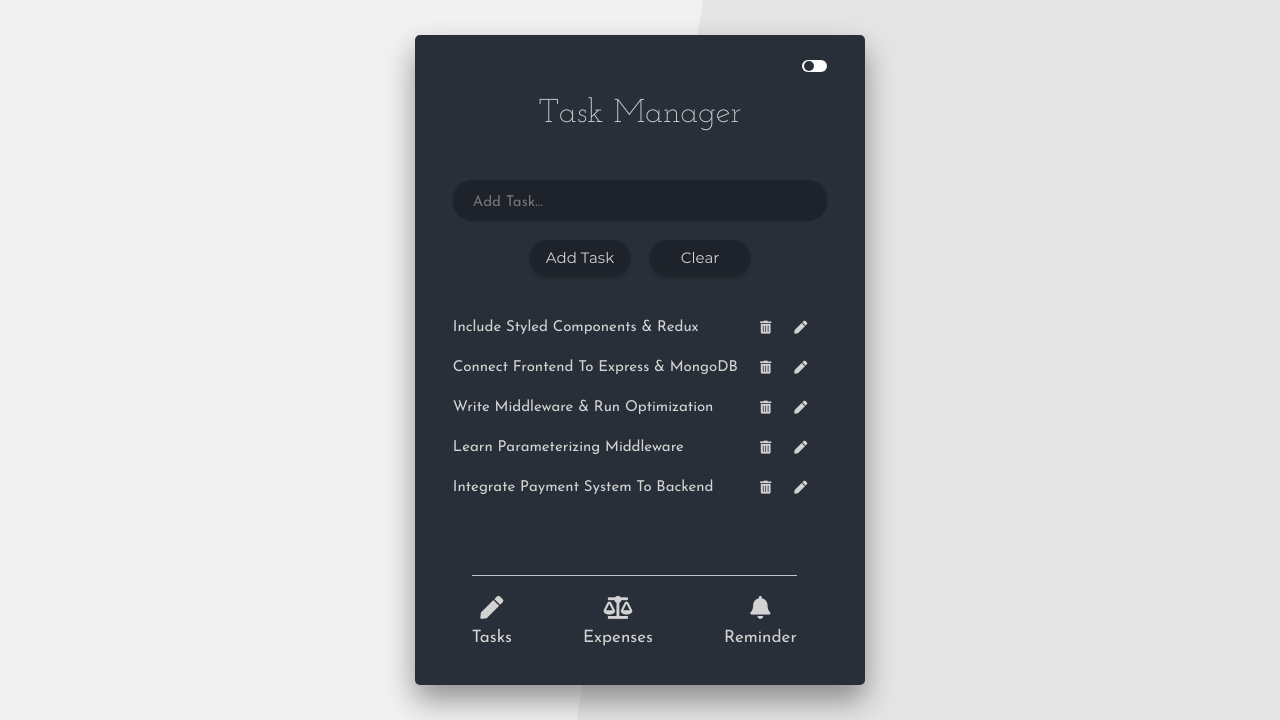
Repository: Kol124/react-task-manager
Page: /
An editor plug-in stored every save of this project. The page is shown before and after the next save, followed by the edit.
The browser window is 1280 px wide. The pictures show the whole page.
The project was rebuilt for these pictures with package versions that can differ from the ones it lists, and the page was loaded fresh each time. Also part of the build but not shown: src/components/Expenses/Expenses.js, src/components/Reminder/Reminder.js.

Above is the page before, as saved 2021-06-25 14:02:54.

### public/index.html
<!DOCTYPE html>
<html lang="en">
  <head>
    <meta charset="utf-8" />
    <link rel="icon" href="%PUBLIC_URL%/favicon.ico" />
    <meta name="viewport" content="width=device-width, initial-scale=1" />
    <meta name="theme-color" content="#000000" />
    <meta
      name="description"
      content="Web site created using create-react-app"
    />
    <link rel="apple-touch-icon" href="%PUBLIC_URL%/logo192.png" />
    <!--
      manifest.json provides metadata used when your web app is installed on a
      user's mobile device or desktop. See https://developers.google.com/web/fundamentals/web-app-manifest/
    -->
    <link rel="manifest" href="%PUBLIC_URL%/manifest.json" />
    <!--
      Notice the use of %PUBLIC_URL% in the tags above.
      It will be replaced with the URL of the `public` folder during the build.
      Only files inside the `public` folder can be referenced from the HTML.

      Unlike "/favicon.ico" or "favicon.ico", "%PUBLIC_URL%/favicon.ico" will
      work correctly both with client-side routing and a non-root public URL.
      Learn how to configure a non-root public URL by running `npm run build`.
    -->
    <link rel="stylesheet" href="all.min.css" />
    <title>React App</title>
  </head>
  <body>
    <noscript>You need to enable JavaScript to run this app.</noscript>
    <div id="root"></div>
    <!--
      This HTML file is a template.
      If you open it directly in the browser, you will see an empty page.

      You can add webfonts, meta tags, or analytics to this file.
      The build step will place the bundled scripts into the <body> tag.

      To begin the development, run `npm start` or `yarn start`.
      To create a production bundle, use `npm run build` or `yarn build`.
    -->
  </body>
</html>

### src/App.js
import "./App.css";
import React from "react";
import TaskContextProvider from "./context/TaskContext";
import ThemeContextProvider from "./context/ThemeContext";
import Main from "./components/Main";

function App() {
  return (
    <ThemeContextProvider>
      <TaskContextProvider>
        <div className="container">
          <Main />
        </div>
      </TaskContextProvider>
    </ThemeContextProvider>
  );
}

export default App;

### src/App.css
@import url("fonts.css");

* {
  margin: 0;
  padding: 0;
  box-sizing: inherit;
}

html {
  box-sizing: border-box;
  font-size: 62.5%;
}

.container {
  width: 100%;
  height: 100vh;
  display: flex;
  align-items: center;
  justify-content: center;
  background: linear-gradient(100deg, #f1f1f1 50%, #e5e5e5 0);
}

.app-wrapper {
  padding: 2.5rem 2.8rem;
  position: relative;
  width: 45rem;
  height: 65rem;
  border-radius: 5px;
  box-shadow: 0 15px 30px rgba(0, 0, 0, 0.4);
}

.header .main-header {
  font-family: "Josefin Slab", serif;
  text-align: center;
  font-size: 3.3rem;
  font-weight: 300;
  margin: 2.5rem 2rem 5rem 2rem;
}

/* THEME TOGGLE BUTTON */
#toggle-btn {
  position: relative;
  width: 25px;
  height: 12px;
  border-radius: 40px;
  margin: 0 1rem 0 auto;
}

input[type="checkbox"] {
  width: 100%;
  height: 100%;
  position: absolute;
  cursor: pointer;
  margin: 0px;
  opacity: 0;
  z-index: 2;
}

#toggle-btn span {
  background-color: #fff;
  position: absolute;
  top: 0px;
  right: 0px;
  bottom: 0px;
  left: 0px;
  opacity: 1;
  overflow: hidden;
  border-radius: 20px;
  transition: 0.2s ease background-color, 0.2s ease opacity;
}

#toggle-btn:hover {
  box-shadow: 0px 2px 25px #d9d9d9;
}

#toggle-btn span:before,
#toggle-btn span:after {
  content: "";
  position: absolute;
  top: 1px;
  width: 10px;
  height: 10px;
  border-radius: 50%;
  transition: 0.5s ease transform, 0.2s ease background-color;
}

#toggle-btn span:after {
  background-color: #292f38;
  transform: translate(2px, 0px);
  z-index: 0;
}

#toggle-btn input[type="checkbox"]:checked + span {
  background-color: #1d222b;
}

#toggle-btn input[type="checkbox"]:checked + span:after {
  background-color: #d4d4d4;
  transform: translate(13px, 0px);
}
/* THEME TOGGLE BUTTON COMPLETED */

.main {
  display: flex;
  flex-direction: column;
  align-items: space-between;
  margin-bottom: 3.5rem;
  width: 100%;
}

.form {
  display: flex;
  align-items: center;
  margin-bottom: 1.5rem;
  flex-direction: column;
  justify-content: center;
}

.task-input {
  font-family: "Josefin Sans", serif;
  padding: 1.5rem 1rem 1rem 2rem;
  margin: 0 auto 1rem auto;
  color: #ccc;
  width: 95%;
  outline: none;
  font-size: 1.5rem;
  border-radius: 20px;
  box-shadow: 0 1px 2px rgba(0, 0, 0, 0.3);
}

.buttons {
  display: flex;
}

.btn {
  font-family: "Montserrat", sans-serif;
  border-radius: 2rem;
  font-size: 1.5rem;
  height: 3.5rem;
  width: 10rem;
  border: none;
  margin: 1rem;
  outline: none;
  cursor: pointer;
  box-shadow: 0 2px 5px rgba(0, 0, 0, 0.3);
}

.list {
  width: 95%;
  margin: 0 auto;
  max-height: 28rem;
  overflow: hidden;
  overflow-y: auto;
}

/* width */
::-webkit-scrollbar {
  width: 6px;
}

/* Track */
::-webkit-scrollbar-track {
  border-radius: 10px;
  background-color: #d3d3d3;
}

/* Handle */
::-webkit-scrollbar-thumb {
  background: #1c1f24;
  border-radius: 10px;
}

.list-item {
  display: flex;
  margin: 2rem 0;
  padding-bottom: 0.5rem;
  justify-content: space-between;
}

.list-item span {
  font-family: "Josefin Sans", sans-serif;
  /* color: #bbb; */
  font-size: 1.5rem;
  text-transform: capitalize;
}

.task-btn {
  font-size: 1.3rem;
  cursor: pointer;
  border: none;
  outline: none;
  margin-right: 2rem;
  background-color: transparent;
}

.no-tasks {
  text-align: center;
  font-family: "Montserrat", sans-serif;
  margin-top: 2.5rem;
  font-size: 2rem;
}

footer {
  position: absolute;
  width: 85%;
  bottom: 6%;
}

footer .nav {
  display: flex;
  align-items: center;
  justify-content: space-between;
  border-top: 1px solid #c5c5c5;
  padding-top: 2rem;
  list-style: none;
  margin: 0 auto;
  width: 85%;
}

.nav li {
  font-family: "Josefin Sans", sans-serif;
  text-align: center;
}

.nav li a {
  text-decoration: none;
}

.nav li i {
  font-size: 2.3rem;
  transition: all ease 0.3s;
}

.nav li i:hover {
  color: #182741;
}

.nav li p {
  text-decoration: none;
  font-size: 1.7rem;
  color: initial;
  margin-top: 1rem;
}

@media only screen and (max-width: 450px) {
  html {
    font-size: 50%;
  }
}

### src/context/TaskContext.js
import React, { createContext, useState, useReducer, useEffect } from "react";
import TaskReducer from "../reducer/TaskReducer";

export const TaskContext = createContext();

export default function TaskContextProvider(props) {
  const [tasks, dispatch] = useReducer(TaskReducer, [
    { title: "Include styled components & redux", id: 1 },
    { title: "Connect frontend to express & mongoDB", id: 2 },
    { title: "Write middleware & run optimization", id: 3 },
    { title: "Learn parameterizing middleware", id: 4 },
    { title: "Integrate payment system to backend", id: 5 },
  ]);
  const [editItem, setEditItem] = useState(null);

  const findItem = (id) => {
    const item = tasks.find((task) => task.id === id);
    setEditItem(item);
  };

  useEffect(() => {
    console.log(tasks);
  });

  return (
    <TaskContext.Provider
      value={{ tasks, editItem, setEditItem, findItem, dispatch }}
    >
      {props.children}
    </TaskContext.Provider>
  );
}

### src/context/ThemeContext.js
import React, { Component, createContext } from "react";

export const ThemeContext = createContext();

export default class ThemeContextProvider extends Component {
  state = {
    isLightTheme: false,
    light: {
      font: "#292f38",
      accent: "#e5e5e5",
      icon: "#d3d3d3",
      bg: "#f1f1f1",
    },
    dark: {
      font: "#d3d3d3",
      accent: "#1d222b",
      icon: "#1c1f24",
      bg: "#292f38",
    },
  };

  toggleTheme = () => {
    this.setState({ isLightTheme: !this.state.isLightTheme });
  };

  render() {
    return (
      <div>
        <ThemeContext.Provider
          value={{ ...this.state, toggleTheme: this.toggleTheme }}
        >
          {this.props.children}
        </ThemeContext.Provider>
      </div>
    );
  }
}

### src/components/Main.js
import React, { useContext } from "react";
import { BrowserRouter as Router, Switch, Route } from "react-router-dom";
import { ThemeContext } from "../context/ThemeContext";
import Header from "./Header";
import TaskForm from "./task/TaskForm";
import TaskList from "./task/TaskList";
import Expenses from "./expenses/Expenses";
import Reminder from "./reminder/Reminder";
import Footer from "./Footer";

export default function Main() {
  const { isLightTheme, dark, light } = useContext(ThemeContext);
  const theme = isLightTheme ? light : dark;

  return (
    <Router>
      <div>
        <div
          className="app-wrapper"
          style={{ background: theme.bg, color: theme.font }}
        >
          <Header />
          <Switch>
            <Route exact path="/">
              <div className="main">
                <TaskForm />
                <TaskList />
              </div>
            </Route>

            <Route path="/expenses">
              <Expenses />
            </Route>

            <Route path="/reminder">
              <Reminder />
            </Route>
          </Switch>
          <Footer />
        </div>
      </div>
    </Router>
  );
}

### src/fonts.css
/* josefin-sans-300 - latin */
@font-face {
  font-family: "Josefin Sans";
  font-style: normal;
  font-weight: 300;
  src: url("./fonts/josefin-sans-v17-latin-300.eot"); /* IE9 Compat Modes */
  src: local(""),
    url("./fonts/josefin-sans-v17-latin-300.eot?#iefix")
      format("embedded-opentype"),
    /* IE6-IE8 */ url("./fonts/josefin-sans-v17-latin-300.woff2")
      format("woff2"),
    /* Super Modern Browsers */ url("./fonts/josefin-sans-v17-latin-300.woff")
      format("woff"),
    /* Modern Browsers */ url("./fonts/josefin-sans-v17-latin-300.ttf")
      format("truetype"),
    /* Safari, Android, iOS */
      url("./fonts/josefin-sans-v17-latin-300.svg#JosefinSans") format("svg"); /* Legacy iOS */
}
/* josefin-sans-regular - latin */
@font-face {
  font-family: "Josefin Sans";
  font-style: normal;
  font-weight: 400;
  src: url("./fonts/josefin-sans-v17-latin-regular.eot"); /* IE9 Compat Modes */
  src: local(""),
    url("./fonts/josefin-sans-v17-latin-regular.eot?#iefix")
      format("embedded-opentype"),
    /* IE6-IE8 */ url("./fonts/josefin-sans-v17-latin-regular.woff2")
      format("woff2"),
    /* Super Modern Browsers */
      url("./fonts/josefin-sans-v17-latin-regular.woff") format("woff"),
    /* Modern Browsers */ url("./fonts/josefin-sans-v17-latin-regular.ttf")
      format("truetype"),
    /* Safari, Android, iOS */
      url("./fonts/josefin-sans-v17-latin-regular.svg#JosefinSans")
      format("svg"); /* Legacy iOS */
}
/* josefin-sans-600 - latin */
@font-face {
  font-family: "Josefin Sans";
  font-style: normal;
  font-weight: 600;
  src: url("./fonts/josefin-sans-v17-latin-600.eot"); /* IE9 Compat Modes */
  src: local(""),
    url("./fonts/josefin-sans-v17-latin-600.eot?#iefix")
      format("embedded-opentype"),
    /* IE6-IE8 */ url("./fonts/josefin-sans-v17-latin-600.woff2")
      format("woff2"),
    /* Super Modern Browsers */ url("./fonts/josefin-sans-v17-latin-600.woff")
      format("woff"),
    /* Modern Browsers */ url("./fonts/josefin-sans-v17-latin-600.ttf")
      format("truetype"),
    /* Safari, Android, iOS */
      url("./fonts/josefin-sans-v17-latin-600.svg#JosefinSans") format("svg"); /* Legacy iOS */
}
/* josefin-sans-700 - latin */
@font-face {
  font-family: "Josefin Sans";
  font-style: normal;
  font-weight: 700;
  src: url("./fonts/josefin-sans-v17-latin-700.eot"); /* IE9 Compat Modes */
  src: local(""),
    url("./fonts/josefin-sans-v17-latin-700.eot?#iefix")
      format("embedded-opentype"),
    /* IE6-IE8 */ url("./fonts/josefin-sans-v17-latin-700.woff2")
      format("woff2"),
    /* Super Modern Browsers */ url("./fonts/josefin-sans-v17-latin-700.woff")
      format("woff"),
    /* Modern Browsers */ url("./fonts/josefin-sans-v17-latin-700.ttf")
      format("truetype"),
    /* Safari, Android, iOS */
      url("./fonts/josefin-sans-v17-latin-700.svg#JosefinSans") format("svg"); /* Legacy iOS */
}

/* josefin-slab-300 - latin */
@font-face {
  font-family: "Josefin Slab";
  font-style: normal;
  font-weight: 300;
  src: url("./fonts/josefin-slab-v13-latin-300.eot"); /* IE9 Compat Modes */
  src: local(""),
    url("./fonts/josefin-slab-v13-latin-300.eot?#iefix")
      format("embedded-opentype"),
    /* IE6-IE8 */ url("./fonts/josefin-slab-v13-latin-300.woff2")
      format("woff2"),
    /* Super Modern Browsers */ url("./fonts/josefin-slab-v13-latin-300.woff")
      format("woff"),
    /* Modern Browsers */ url("./fonts/josefin-slab-v13-latin-300.ttf")
      format("truetype"),
    /* Safari, Android, iOS */
      url("./fonts/josefin-slab-v13-latin-300.svg#JosefinSlab") format("svg"); /* Legacy iOS */
}
/* josefin-slab-regular - latin */
@font-face {
  font-family: "Josefin Slab";
  font-style: normal;
  font-weight: 400;
  src: url("./fonts/josefin-slab-v13-latin-regular.eot"); /* IE9 Compat Modes */
  src: local(""),
    url("./fonts/josefin-slab-v13-latin-regular.eot?#iefix")
      format("embedded-opentype"),
    /* IE6-IE8 */ url("./fonts/josefin-slab-v13-latin-regular.woff2")
      format("woff2"),
    /* Super Modern Browsers */
      url("./fonts/josefin-slab-v13-latin-regular.woff") format("woff"),
    /* Modern Browsers */ url("./fonts/josefin-slab-v13-latin-regular.ttf")
      format("truetype"),
    /* Safari, Android, iOS */
      url("./fonts/josefin-slab-v13-latin-regular.svg#JosefinSlab")
      format("svg"); /* Legacy iOS */
}
/* josefin-slab-600 - latin */
@font-face {
  font-family: "Josefin Slab";
  font-style: normal;
  font-weight: 600;
  src: url("./fonts/josefin-slab-v13-latin-600.eot"); /* IE9 Compat Modes */
  src: local(""),
    url("./fonts/josefin-slab-v13-latin-600.eot?#iefix")
      format("embedded-opentype"),
    /* IE6-IE8 */ url("./fonts/josefin-slab-v13-latin-600.woff2")
      format("woff2"),
    /* Super Modern Browsers */ url("./fonts/josefin-slab-v13-latin-600.woff")
      format("woff"),
    /* Modern Browsers */ url("./fonts/josefin-slab-v13-latin-600.ttf")
      format("truetype"),
    /* Safari, Android, iOS */
      url("./fonts/josefin-slab-v13-latin-600.svg#JosefinSlab") format("svg"); /* Legacy iOS */
}
/* josefin-slab-700 - latin */
@font-face {
  font-family: "Josefin Slab";
  font-style: normal;
  font-weight: 700;
  src: url("./fonts/josefin-slab-v13-latin-700.eot"); /* IE9 Compat Modes */
  src: local(""),
    url("./fonts/josefin-slab-v13-latin-700.eot?#iefix")
      format("embedded-opentype"),
    /* IE6-IE8 */ url("./fonts/josefin-slab-v13-latin-700.woff2")
      format("woff2"),
    /* Super Modern Browsers */ url("./fonts/josefin-slab-v13-latin-700.woff")
      format("woff"),
    /* Modern Browsers */ url("./fonts/josefin-slab-v13-latin-700.ttf")
      format("truetype"),
    /* Safari, Android, iOS */
      url("./fonts/josefin-slab-v13-latin-700.svg#JosefinSlab") format("svg"); /* Legacy iOS */
}

/* montserrat-300 - latin */
@font-face {
  font-family: "Montserrat";
  font-style: normal;
  font-weight: 300;
  src: url("./fonts/montserrat-v15-latin-300.eot"); /* IE9 Compat Modes */
  src: local(""),
    url("./fonts/montserrat-v15-latin-300.eot?#iefix")
      format("embedded-opentype"),
    /* IE6-IE8 */ url("./fonts/montserrat-v15-latin-300.woff2") format("woff2"),
    /* Super Modern Browsers */ url("./fonts/montserrat-v15-latin-300.woff")
      format("woff"),
    /* Modern Browsers */ url("./fonts/montserrat-v15-latin-300.ttf")
      format("truetype"),
    /* Safari, Android, iOS */
      url("./fonts/montserrat-v15-latin-300.svg#Montserrat") format("svg"); /* Legacy iOS */
}
/* montserrat-regular - latin */
@font-face {
  font-family: "Montserrat";
  font-style: normal;
  font-weight: 400;
  src: url("./fonts/montserrat-v15-latin-regular.eot"); /* IE9 Compat Modes */
  src: local(""),
    url("./fonts/montserrat-v15-latin-regular.eot?#iefix")
      format("embedded-opentype"),
    /* IE6-IE8 */ url("./fonts/montserrat-v15-latin-regular.woff2")
      format("woff2"),
    /* Super Modern Browsers */ url("./fonts/montserrat-v15-latin-regular.woff")
      format("woff"),
    /* Modern Browsers */ url("./fonts/montserrat-v15-latin-regular.ttf")
      format("truetype"),
    /* Safari, Android, iOS */
      url("./fonts/montserrat-v15-latin-regular.svg#Montserrat") format("svg"); /* Legacy iOS */
}
/* montserrat-500 - latin */
@font-face {
  font-family: "Montserrat";
  font-style: normal;
  font-weight: 500;
  src: url("./fonts/montserrat-v15-latin-500.eot"); /* IE9 Compat Modes */
  src: local(""),
    url("./fonts/montserrat-v15-latin-500.eot?#iefix")
      format("embedded-opentype"),
    /* IE6-IE8 */ url("./fonts/montserrat-v15-latin-500.woff2") format("woff2"),
    /* Super Modern Browsers */ url("./fonts/montserrat-v15-latin-500.woff")
      format("woff"),
    /* Modern Browsers */ url("./fonts/montserrat-v15-latin-500.ttf")
      format("truetype"),
    /* Safari, Android, iOS */
      url("./fonts/montserrat-v15-latin-500.svg#Montserrat") format("svg"); /* Legacy iOS */
}

### src/reducer/TaskReducer.js
export default function TaskReducer(tasks, action) {
  switch (action.type) {
    case "ADD_TASK":
      return [
        ...tasks,
        {
          title: action.task.title,
          id: Math.random().toString(),
        },
      ];

    case "REMOVE_TASK":
      return tasks.filter((task) => task.id !== action.task.id);

    case "EDIT_TASK":
      return tasks.map((task) =>
        task.id === action.task.id
          ? { title: action.task.title, id: action.task.id }
          : task
      );

    case "CLEAR_TASK":
      return [];

    default:
      return tasks;
  }
}

### src/components/Header.js
import React, { useContext } from "react";
import { ThemeContext } from "../context/ThemeContext";

const Header = () => {
  const { toggleTheme } = useContext(ThemeContext);

  return (
    <div className="header">
      <div id="toggle-btn" onClick={toggleTheme}>
        <input type="checkbox" />
        <span></span>
      </div>
      <h1 className="main-header">Task Manager</h1>
    </div>
  );
};

export default Header;

### src/components/task/TaskList.js
import React, { useContext } from "react";
import { TaskContext } from "../../context/TaskContext";
import Task from "./Task";

export default function TaskList() {
  const { tasks } = useContext(TaskContext);

  return (
    <div>
      {tasks.length ? (
        <ul className="list">
          {tasks.map((task) => {
            return <Task task={task} key={task.id} />;
          })}
        </ul>
      ) : (
        <div className="no-tasks">No Tasks</div>
      )}
    </div>
  );
}

### src/components/Footer.js
import React, { useContext } from "react";
import { Link } from "react-router-dom";
import { ThemeContext } from "../context/ThemeContext";

export default function Footer() {
  const { isLightTheme, dark, light } = useContext(ThemeContext);
  const theme = isLightTheme ? light : dark;

  return (
    <footer>
      <ul className="nav">
        <li>
          <Link to="/">
            <i style={{ color: theme.font }} className="fa fa-pen"></i>
            <p style={{ color: theme.font }}>Tasks</p>
          </Link>
        </li>

        <li>
          <Link to="/Expenses">
            <i
              style={{ color: theme.font }}
              className="fa fa-balance-scale"
            ></i>
            <p style={{ color: theme.font }}>Expenses</p>
          </Link>
        </li>

        <li>
          <Link to="/Reminder">
            <i style={{ color: theme.font }} className="fa fa-bell"></i>
            <p style={{ color: theme.font }}>Reminder</p>
          </Link>
        </li>
      </ul>
    </footer>
  );
}

### src/components/task/Task.js
import React, { useContext } from "react";
import { TaskContext } from "../../context/TaskContext";
import { ThemeContext } from "../../context/ThemeContext";

export default function Task({ task }) {
  const { findItem, dispatch } = useContext(TaskContext);
  const { isLightTheme, dark, light } = useContext(ThemeContext);
  const theme = isLightTheme ? light : dark;

  return (
    <li className="list-item">
      <span>{task.title}</span>
      <div>
        <button
          className="btn-delete task-btn"
          style={{ color: theme.font }}
          onClick={() =>
            dispatch({ type: "REMOVE_TASK", task: { id: task.id } })
          }
        >
          <i className="fas fa-trash-alt"></i>
        </button>{" "}
        <button
          className="btn-edit task-btn"
          style={{ color: theme.font }}
          onClick={() => findItem(task.id)}
        >
          <i className="fas fa-pen"></i>
        </button>
      </div>
    </li>
  );
}

Loaded but not shown: src/index.js (common file); src/index.css (common file); src/reportWebVitals.js (common file); public/all.min.css (library); src/components/task/TaskForm.js (77 lines, source omitted)

After the next save:
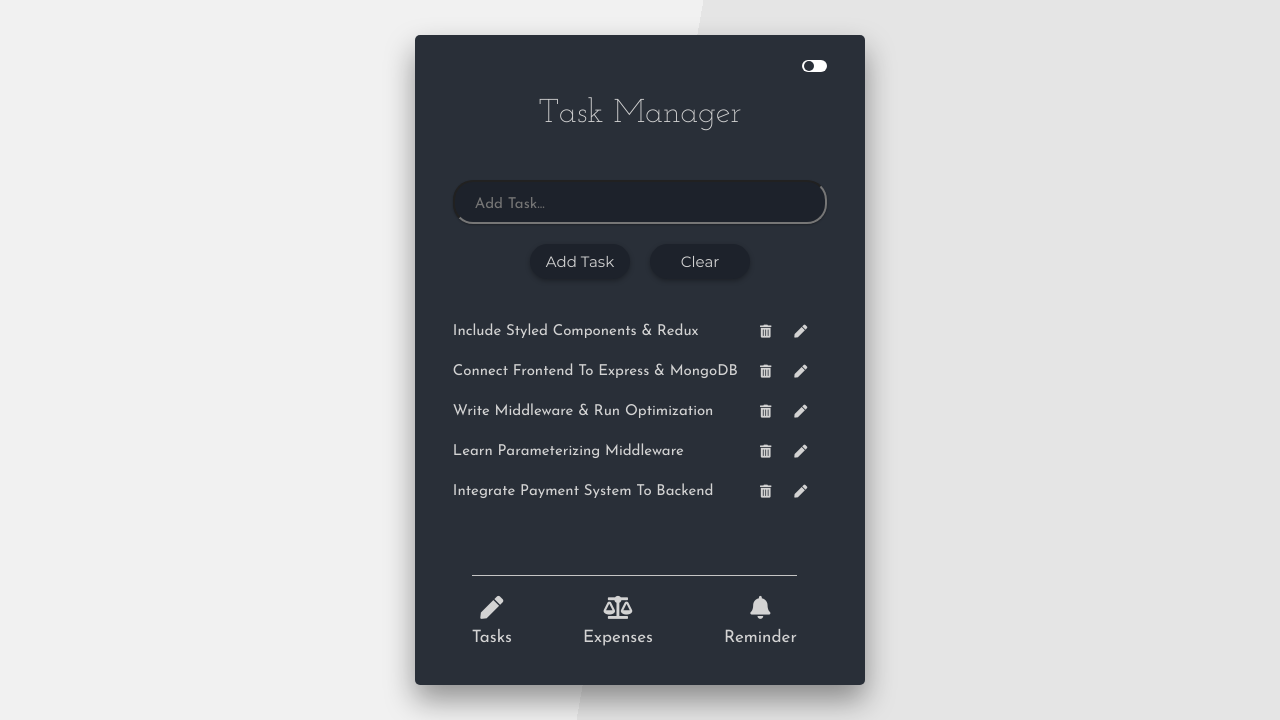
Saved 39 s later.
--- a/src/context/ThemeContext.js
+++ b/src/context/ThemeContext.js
@@ -8,13 +8,11 @@
     light: {
       font: "#292f38",
       accent: "#e5e5e5",
-      icon: "#d3d3d3",
       bg: "#f1f1f1",
     },
     dark: {
       font: "#d3d3d3",
       accent: "#1d222b",
-      icon: "#1c1f24",
       bg: "#292f38",
     },
   };

After the save that followed:
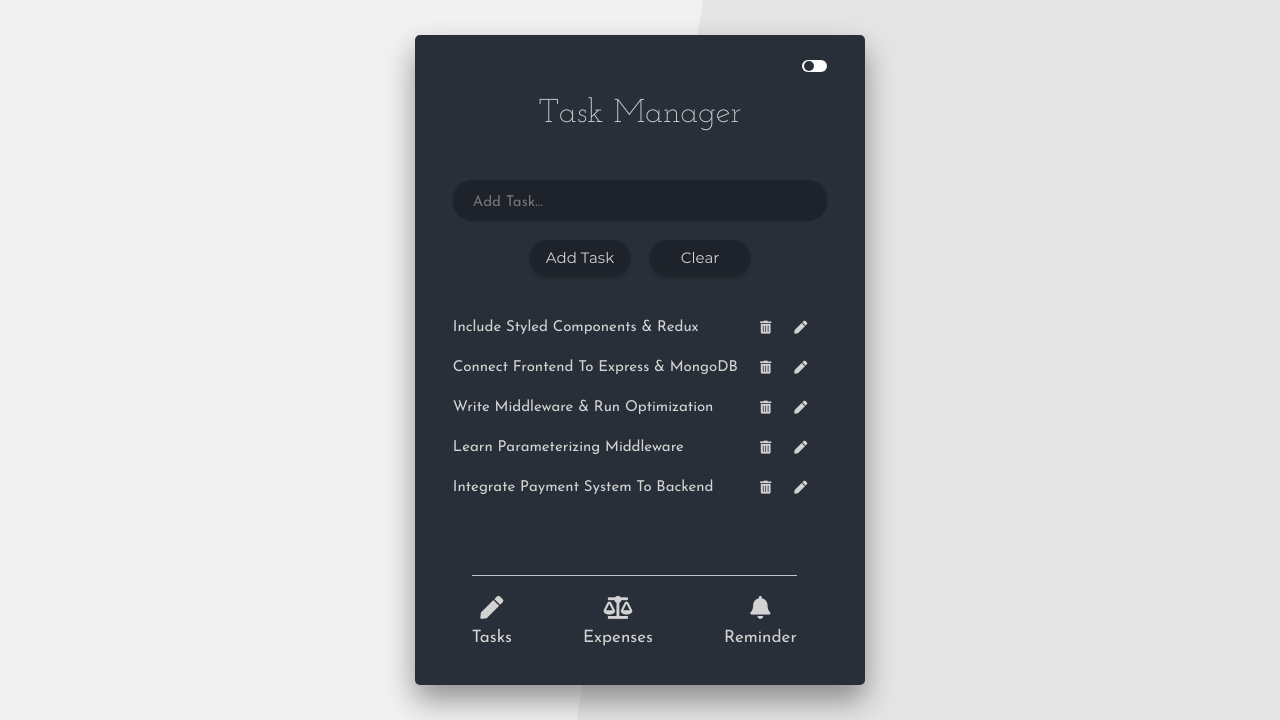
Saved 21 s later.
--- a/src/context/ThemeContext.js
+++ b/src/context/ThemeContext.js
@@ -8,11 +8,13 @@
     light: {
       font: "#292f38",
       accent: "#e5e5e5",
+      icon: "#d3d3d3",
       bg: "#f1f1f1",
     },
     dark: {
       font: "#d3d3d3",
       accent: "#1d222b",
+      icon: "#1c1f24",
       bg: "#292f38",
     },
   };
